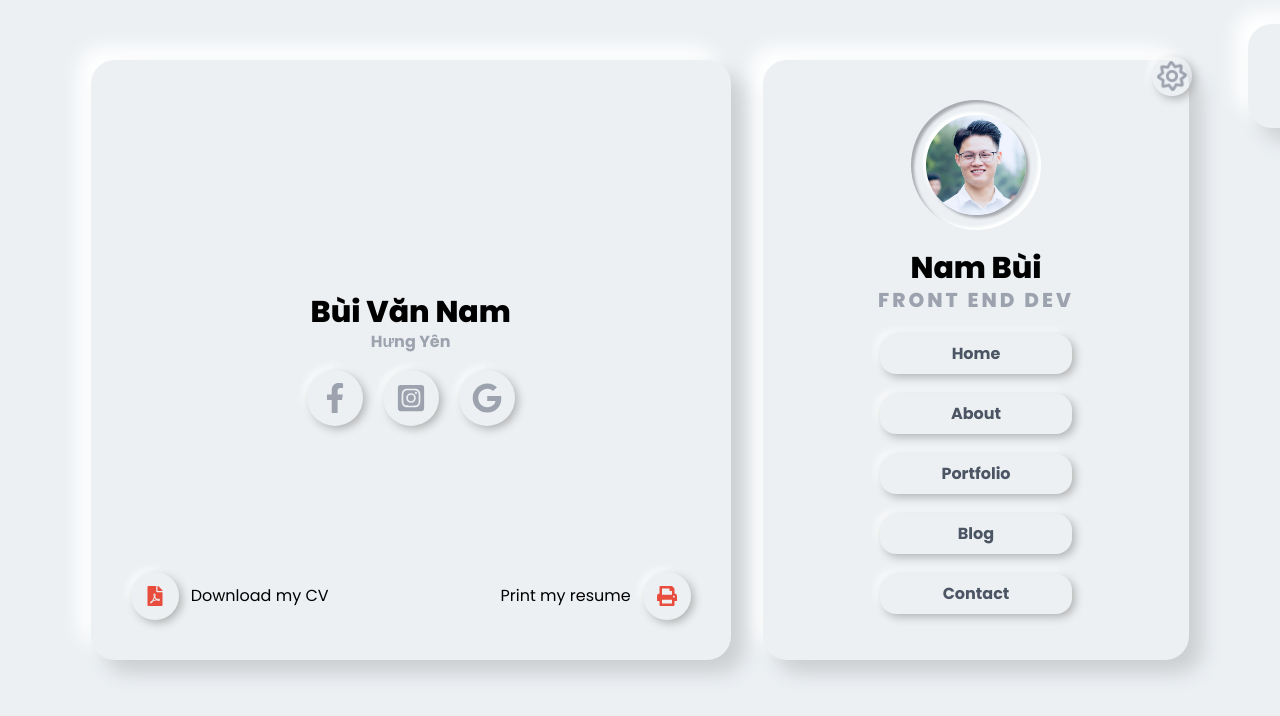
Repository: nambui98/Profile
Page: /
These files come from the project's save history. The page is drawn as it stood at one moment and after the next save; the edit follows.
The browser window is 1280 px wide. The pictures show the whole page.
The project was rebuilt for these pictures with package versions that can differ from the ones it lists, and the page was loaded fresh each time. Also part of the build but not shown: craco.config.js. Imported but missing from the stored project, and not drawn on this page: src/containers/ThemeToggle.

Above is the page before, as saved 2021-10-26 00:11:55.

After the next save:
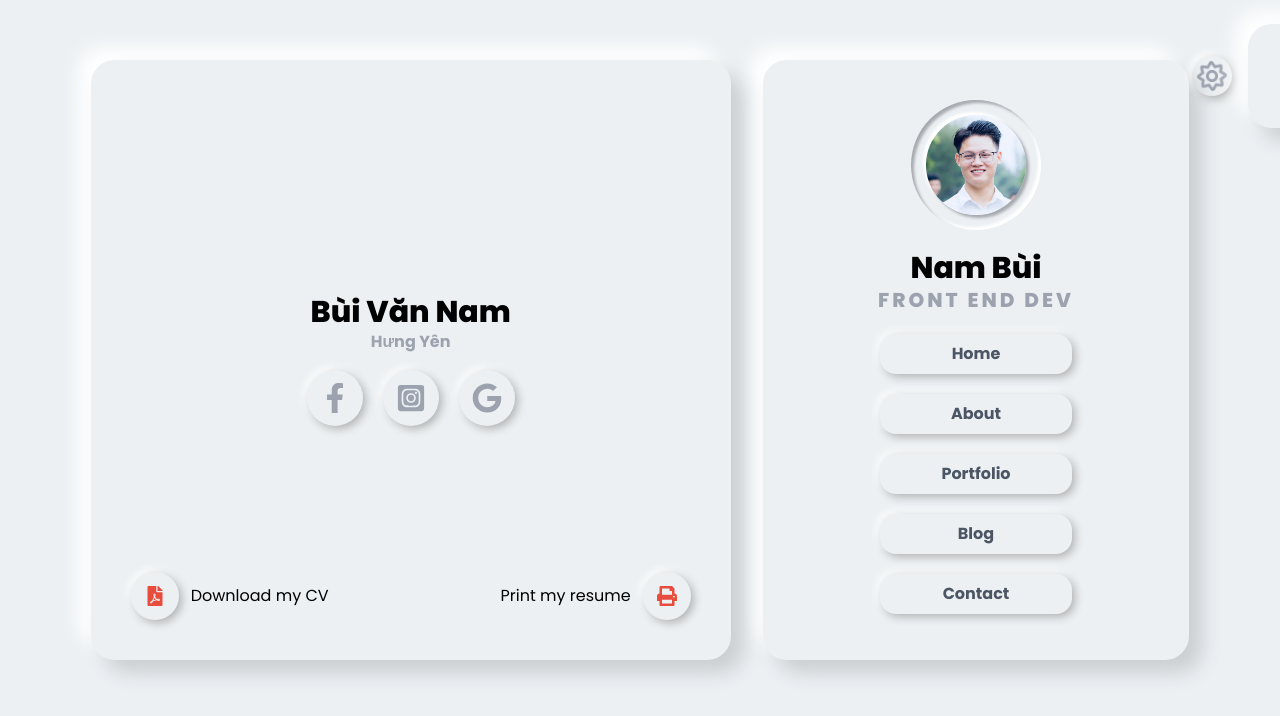
Saved 22 s later.
--- a/src/index.scss
+++ b/src/index.scss
@@ -125,3 +125,6 @@
         }
     }
 }
+.setting{
+    position: absolute !important;
+}
